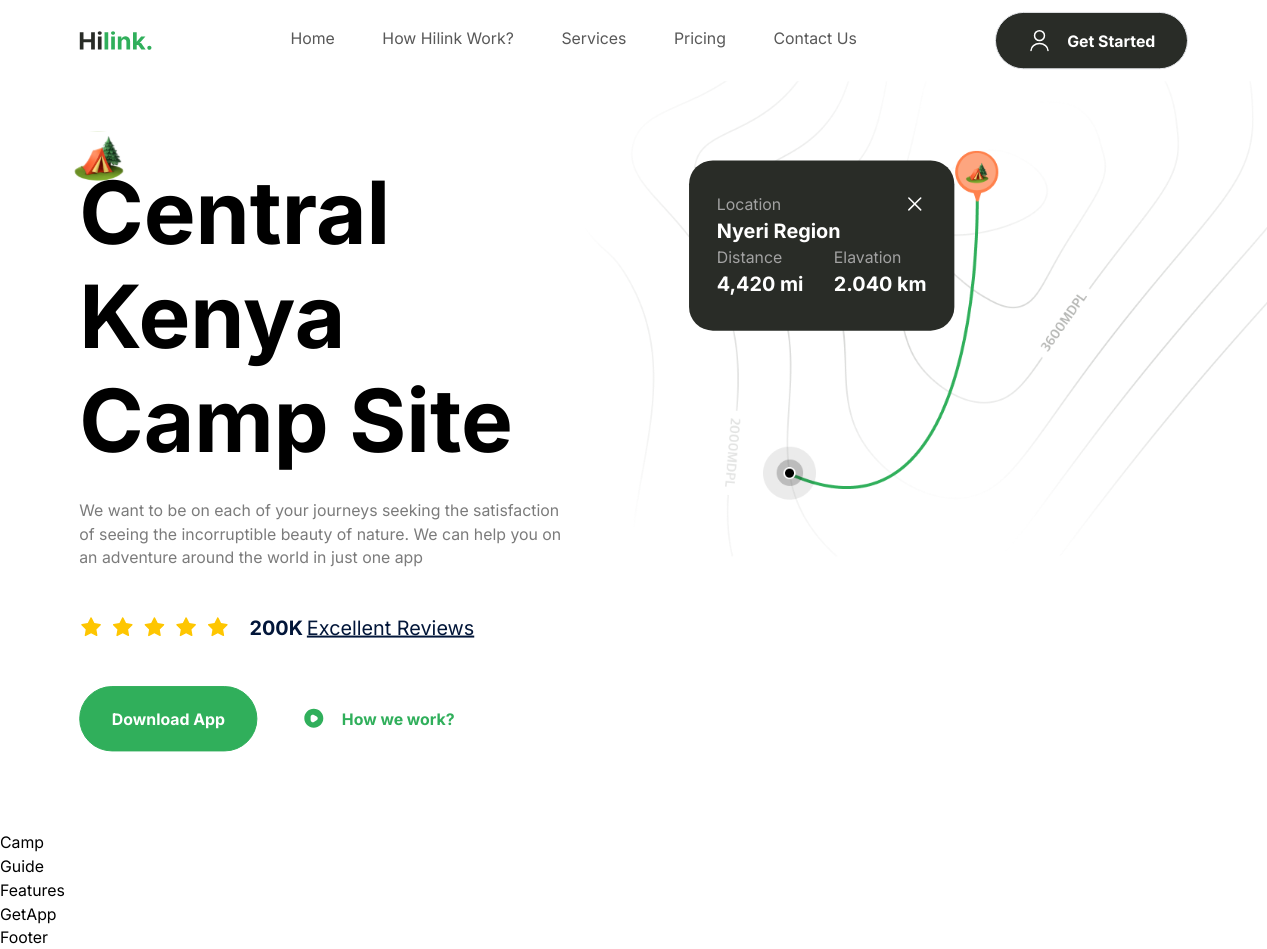
Repository: martin-raphael/travel_agency
Page: /
An editor plug-in stored every save of this project. The page is shown before and after the next save, followed by the edit.
The browser window is 1280 px wide. The pictures show the whole page, at 99% of full size.
The project was rebuilt for these pictures with package versions that can differ from the ones it lists, and the page was loaded fresh each time. The framework's server and built-in components were replaced by stand-ins that run in the browser. Also part of the build but not shown: next.config.mjs.

Above is the page before, as saved 2024-08-08 19:02:33.

After the next save:
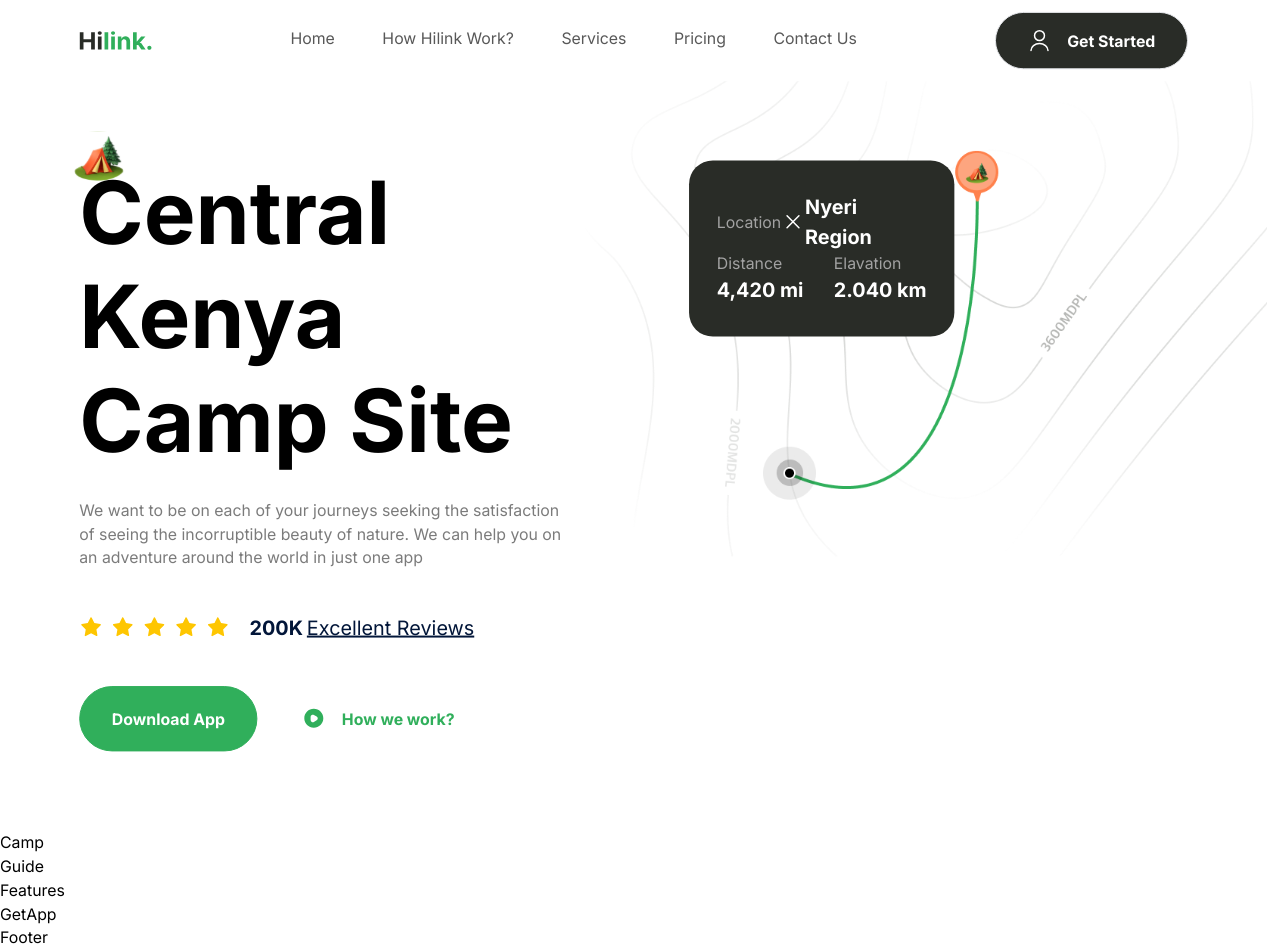
Saved 32 s later.
--- a/components/Hero.tsx
+++ b/components/Hero.tsx
@@ -67,8 +67,9 @@
             <div className="flexBetween">
               <p className="regular-16 text-gray-20">Location</p>
               <Image src="/close.svg" alt="close" width={24} height={24} />
+              <p className="bold-20 text-white"> Nyeri Region</p>
             </div>
-            <p className="bold-20 text-white"> Nyeri Region</p>
+
             <div className="flexBetween">
               <div className="flex flex-col">
                 <p className="regular-16 block text-gray-20">Distance</p>

After the save that followed:
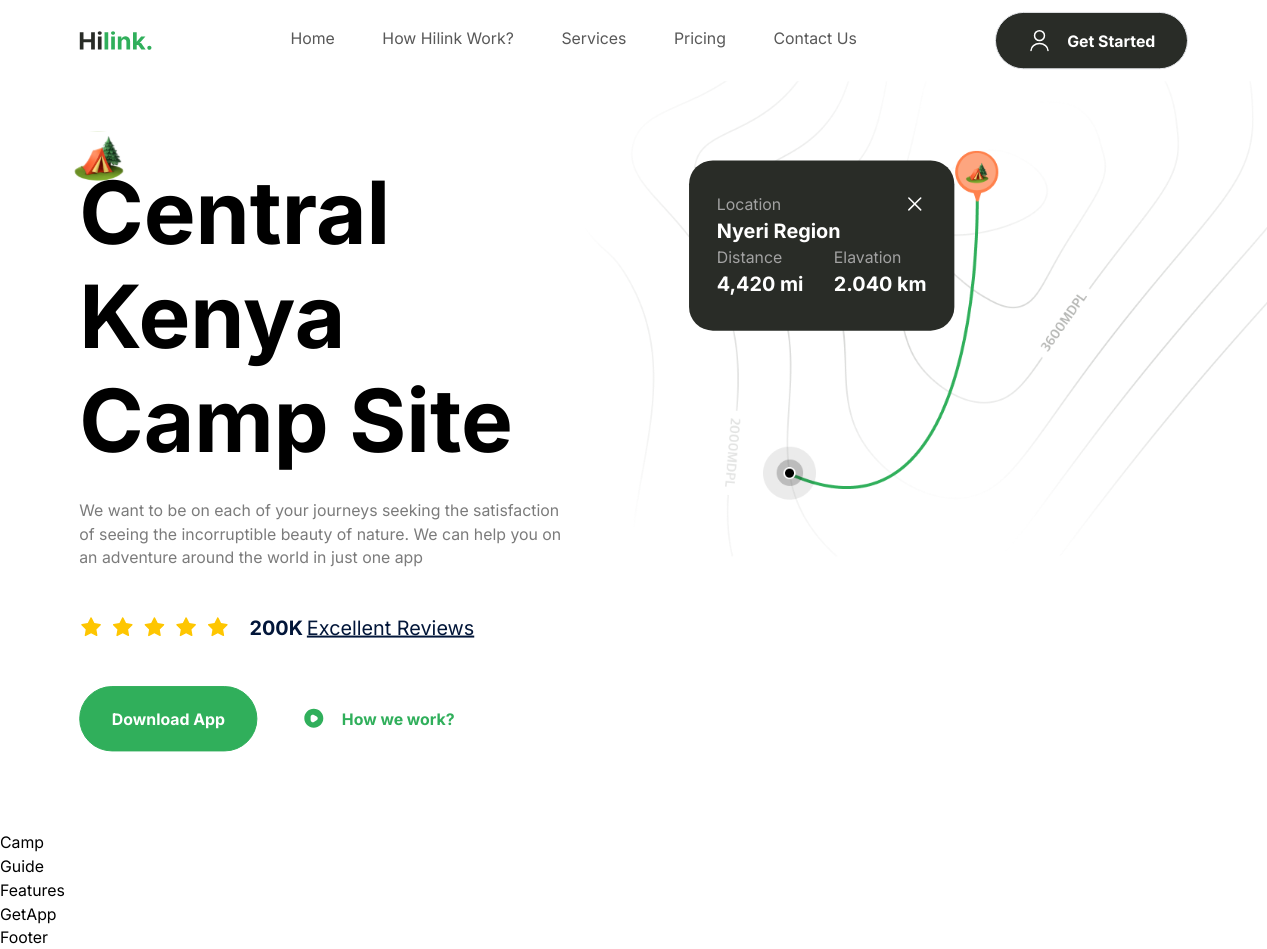
Saved 9 s later.
--- a/components/Hero.tsx
+++ b/components/Hero.tsx
@@ -67,9 +67,8 @@
             <div className="flexBetween">
               <p className="regular-16 text-gray-20">Location</p>
               <Image src="/close.svg" alt="close" width={24} height={24} />
-              <p className="bold-20 text-white"> Nyeri Region</p>
             </div>
-
+            <p className="bold-20 text-white"> Nyeri Region</p>
             <div className="flexBetween">
               <div className="flex flex-col">
                 <p className="regular-16 block text-gray-20">Distance</p>
